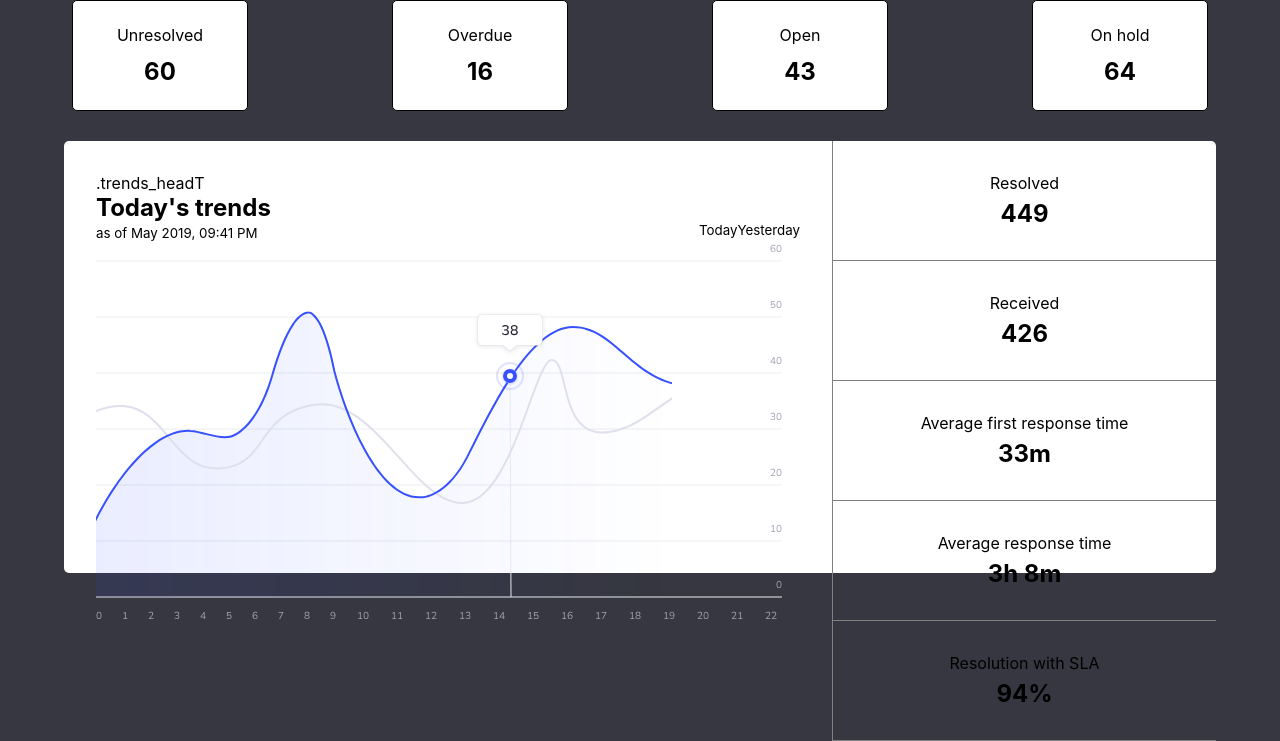
Repository: BuduCE/dashboard
Page: /
These files come from the project's save history. The page is drawn as it stood at one moment and after the next save; the edit follows.
The browser window is 1280 px wide. The pictures show the whole page.
Some web libraries are served in a nearby version. The project was rebuilt for these pictures with package versions that can differ from the ones it lists, and the page was loaded fresh each time.

Above is the page before, as saved 2022-08-03 23:27:40.

### public/index.html
<!DOCTYPE html>
<html lang="en">
  <head>
    <meta charset="utf-8" />
    <link rel="icon" href="%PUBLIC_URL%/favicon.ico" />
    <meta name="viewport" content="width=device-width, initial-scale=1" />
    <meta name="theme-color" content="#000000" />
    <meta
      name="description"
      content="Web site created using create-react-app"
    />
    <link rel="apple-touch-icon" href="%PUBLIC_URL%/logo192.png" />
    <!--
      manifest.json provides metadata used when your web app is installed on a
      user's mobile device or desktop. See https://developers.google.com/web/fundamentals/web-app-manifest/
    -->
    <link rel="manifest" href="%PUBLIC_URL%/manifest.json" />
    <!--
      Notice the use of %PUBLIC_URL% in the tags above.
      It will be replaced with the URL of the `public` folder during the build.
      Only files inside the `public` folder can be referenced from the HTML.

      Unlike "/favicon.ico" or "favicon.ico", "%PUBLIC_URL%/favicon.ico" will
      work correctly both with client-side routing and a non-root public URL.
      Learn how to configure a non-root public URL by running `npm run build`.
    -->

    <!-- Font-Awesome  -->
    <link
      rel="stylesheet" href="https://cdnjs.cloudflare.com/ajax/libs/font-awesome/6.1.1/css/all.min.css" integrity="sha512-KfkfwYDsLkIlwQp6LFnl8zNdLGxu9YAA1QvwINks4PhcElQSvqcyVLLD9aMhXd13uQjoXtEKNosOWaZqXgel0g==" crossorigin="anonymous" referrerpolicy="no-referrer"
    />
    <title>Admin Dashboard</title>
  </head>
  <body>
    <noscript>You need to enable JavaScript to run this app.</noscript>
    <div id="root"></div>
    <!--
      This HTML file is a template.
      If you open it directly in the browser, you will see an empty page.

      You can add webfonts, meta tags, or analytics to this file.
      The build step will place the bundled scripts into the <body> tag.

      To begin the development, run `npm start` or `yarn start`.
      To create a production bundle, use `npm run build` or `yarn build`.
    -->
  </body>
</html>

### src/index.css
* {
  margin: 0;
  padding: 0;
  box-sizing: border-box;
}
body {
  margin: 0;
  font-family: -apple-system, BlinkMacSystemFont, 'Segoe UI', 'Roboto', 'Oxygen',
    'Ubuntu', 'Cantarell', 'Fira Sans', 'Droid Sans', 'Helvetica Neue',
    sans-serif;
  -webkit-font-smoothing: antialiased;
  -moz-osx-font-smoothing: grayscale;
  background: rgba(54, 55, 64, 1);
}

code {
  font-family: source-code-pro, Menlo, Monaco, Consolas, 'Courier New',
    monospace;
}

### src/App.js
import './App.css';
import Overview from './pages/Overview';
// import Header from './components/common/Header';
// import Sidenav from './components/common/SideNav';
// import Login from './pages/Login';

function App() {
  return (
    <div className="App">
      <Overview />
    </div>
  );
}

export default App;

### src/pages/Overview/index.jsx
import React from 'react'
import './styles.css'
import TrendMap from './graph.svg'

const Overview = () => {
  return (
    <div className='overview_pg'>
        {/* Specific status */}
        <div className="overview_stat">
            <div className="overview_info">
                <p>Unresolved</p>
                <h2>60</h2>
            </div>
            <div className="overview_info">
                <p>Overdue</p>
                <h2>16</h2>
            </div>
            <div className="overview_info">
                <p>Open</p>
                <h2>43</h2>
            </div>
            <div className="overview_info">
                <p>On hold</p>
                <h2>64</h2>
            </div>
        </div>

        {/* Today's trend */}
        <div className="trends">
            <div className="trends_head">
                .trends_headT
                <div className="trend_title">
                    <h2>Today's trends</h2>
                </div>
                <div className="trend_title_stat">
                    <div className="trend_date">
                        <small>as of May 2019, 09:41 PM</small>
                    </div>
                    <div className="trend_day">
                        <small>Today</small>
                        <small>Yesterday</small>
                    </div>
                </div>

                <img src={TrendMap} alt="Trend Chart" />
            </div>

            <div className="trends_summary">
                <div className="summary_type">
                    <p>Resolved</p>
                    <h2>449</h2>
                </div>
                <div className="summary_type">
                    <p>Received</p>
                    <h2>426</h2>
                </div>
                <div className="summary_type">
                    <p>Average first response time</p>
                    <h2>33m</h2>
                </div>
                <div className="summary_type">
                    <p>Average response time</p>
                    <h2>3h 8m</h2>
                </div>
                <div className="summary_type">
                    <p>Resolution with SLA</p>
                    <h2>94%</h2>
                </div>
            </div>
        </div>
    </div>
  )
}

export default Overview

### src/pages/Overview/styles.css
.overview_stat{
    display: grid;
    grid-template-columns: 1fr 1fr 1fr 1fr;
    /* justify-content: space-evenly; */
    width: 100%;
}
.overview_info{
    display: flex;
    flex-direction: column;
    text-align: center;
    border: 1px solid;
    border-radius: 5px;
    padding: 24px 32px;
    background: #fff;
    box-shadow: 15px;
    width: 55%;
    margin: auto;
}
.overview_info p{
    padding-bottom: 12px;
}

/* trend  */
.trends{
    width: 90%;
    background: #fff;
    margin: auto;
    border-radius: 5px;
    height: 60vh;
    margin-top: 30px;
    display: grid;
    grid-template-columns: 2fr 1fr;
}
.trends_head{
    padding: 32px;
}
.trend_title_stat{
    display: flex;
    justify-content: space-between;
}
.trend_day{
    display: flex;
    justify-content: space-evenly;
}
.trends_head img{
    /* width: 80%; */
}

/* summary  */
.trends_summary{
    display: grid;
    grid-template-rows: 1fr 1fr 1fr 1fr 1fr;
}
.summary_type{
    padding: 32px;
    border-left: 1px solid grey;
    border-bottom: 1px solid grey;
    text-align: center;
}
.summary_type p{
    margin-bottom: 6px;
}

Loaded but not shown: src/index.js (common file); src/reportWebVitals.js (common file); src/App.css (common file)

After the next save:
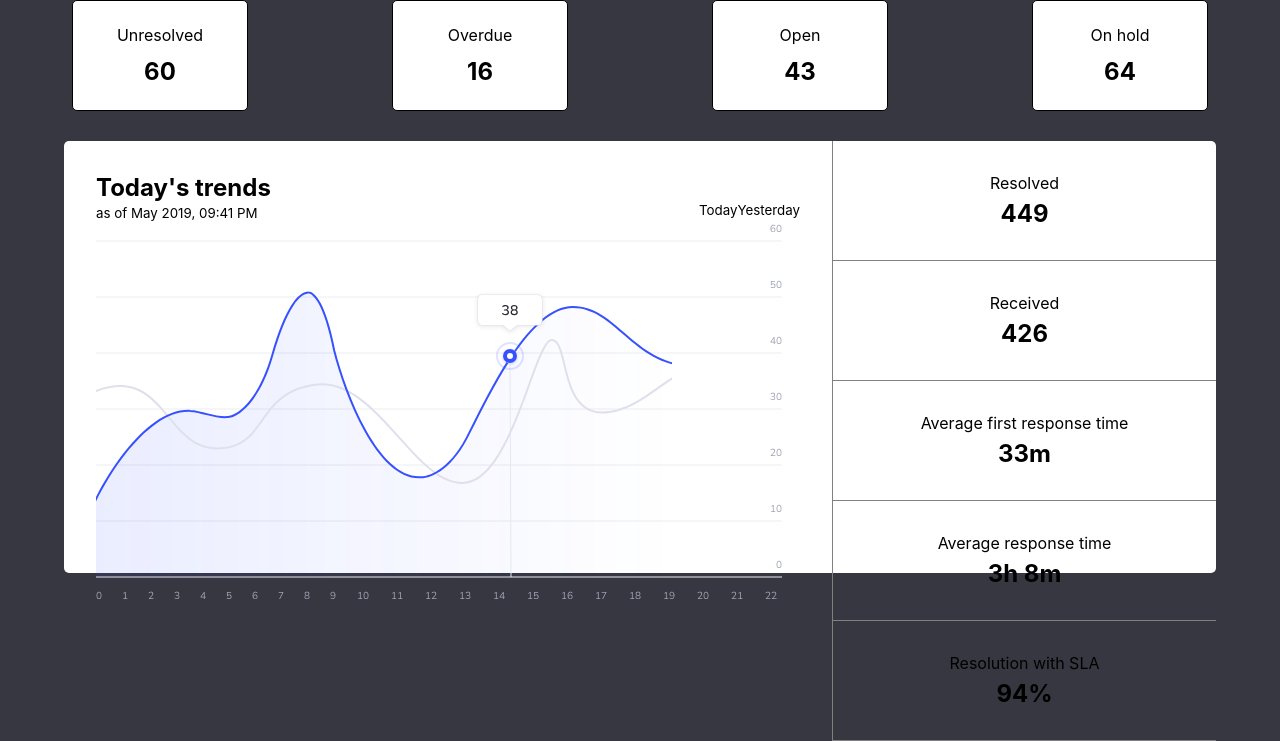
Saved 4 s later.
--- a/src/pages/Overview/index.jsx
+++ b/src/pages/Overview/index.jsx
@@ -28,7 +28,7 @@ const Overview = () => {
         {/* Today's trend */}
         <div className="trends">
             <div className="trends_head">
-                .trends_headT
+                <div className="trends_headT"></div>
                 <div className="trend_title">
                     <h2>Today's trends</h2>
                 </div>
